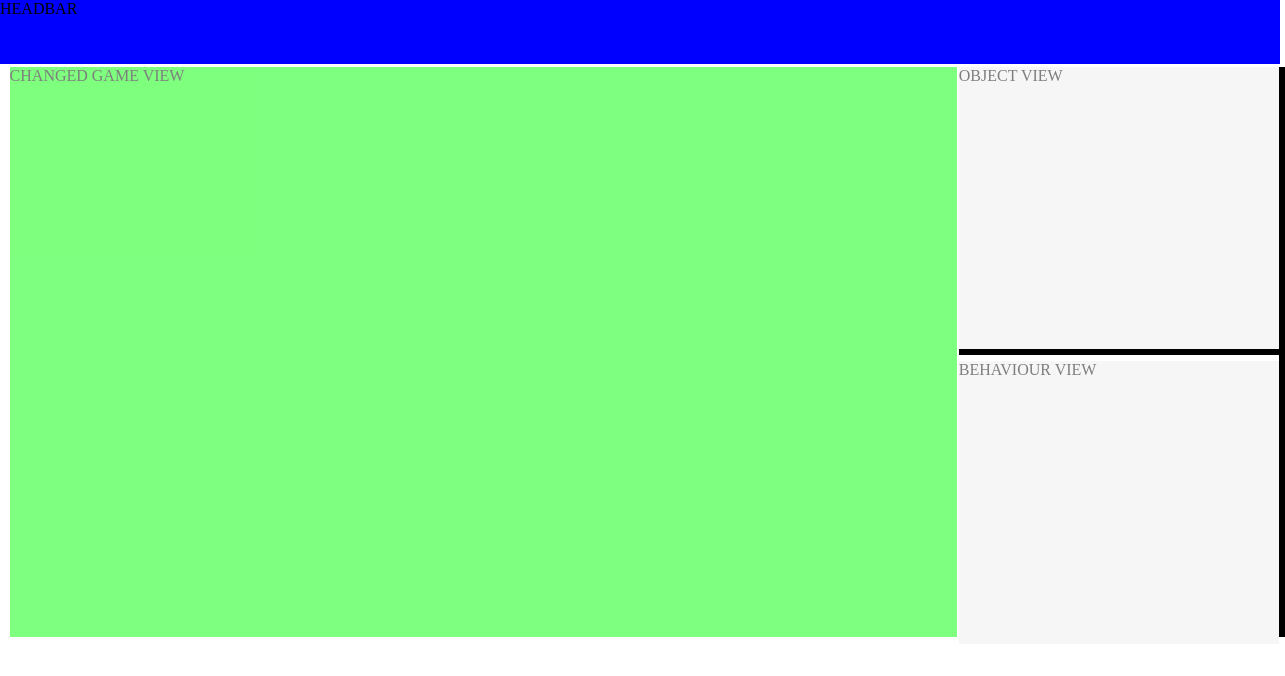
Repository: n-donnelly/onlinegameproto
Page: Content/main.html
The author's editor kept a record of every edit. The page is drawn from the files as they stood at one moment, then again after the next edit.
The browser window is 1280 px wide. The page is 1285 px wide, so the pictures cover 1285 px, including what lies to the right of the window. The pictures show the whole page.

Above is the page before.

After the next edit:
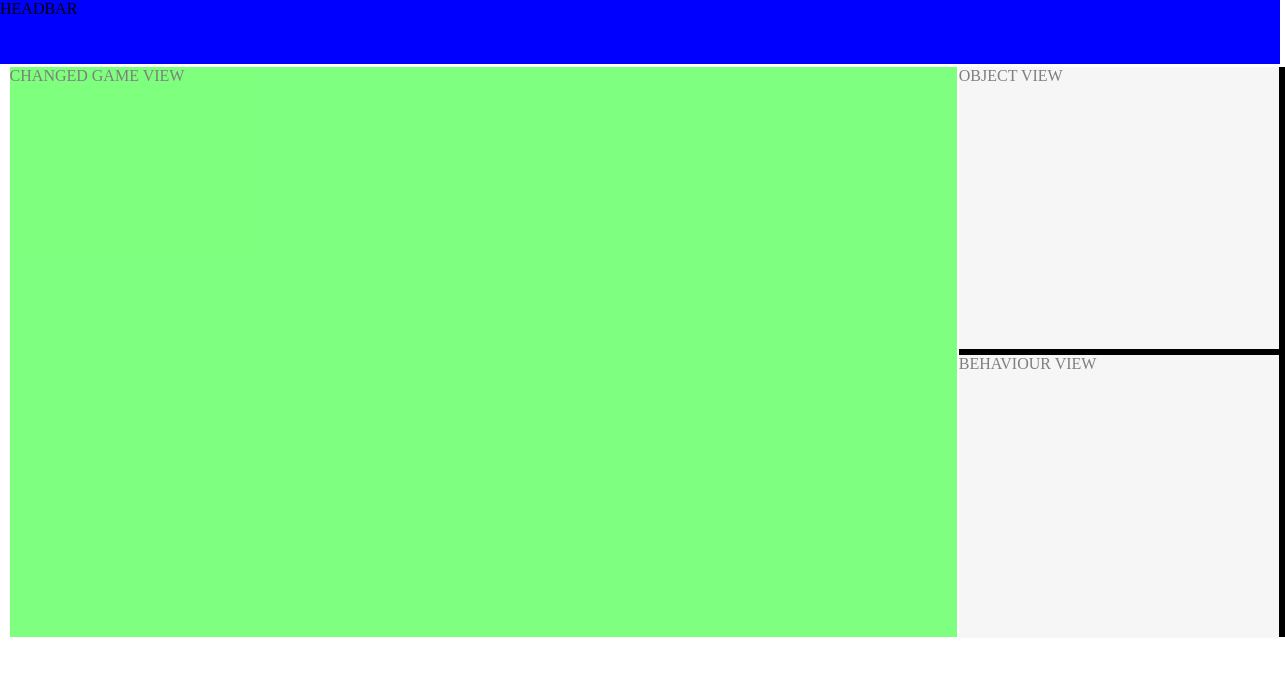
The edit:
--- a/CSS/main.css
+++ b/CSS/main.css
@@ -30,7 +30,6 @@
 #behaviourView {
     height: 49.5%;
     background: #eee;
-    margin-top:6px;
     opacity: 0.5;
 }
 
